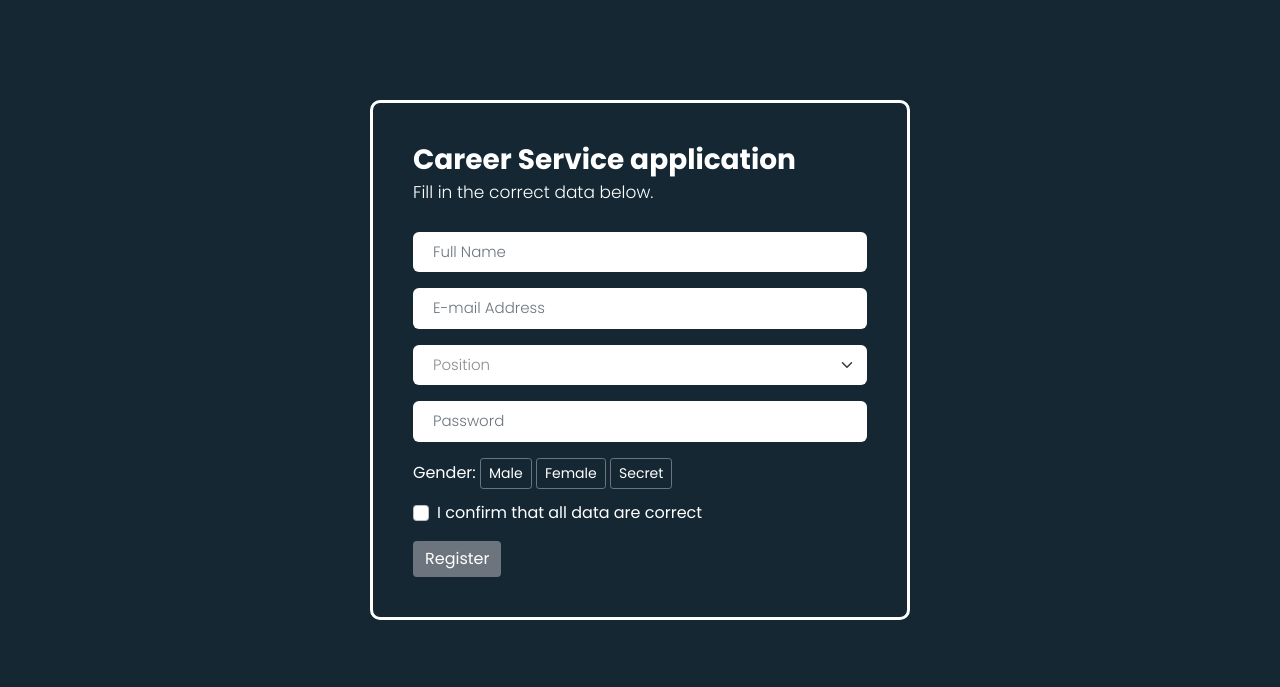
Repository: Samkiroko/form-assignment
Page: index.html
The author's editor kept a copy of each file at every save. The page is drawn from the files as they stood at one save, then again after the next save.
The browser window is 1280 px wide. The pictures show the whole page.

Above is the page before, as saved 2022-12-03 18:25:14.

After the next save:
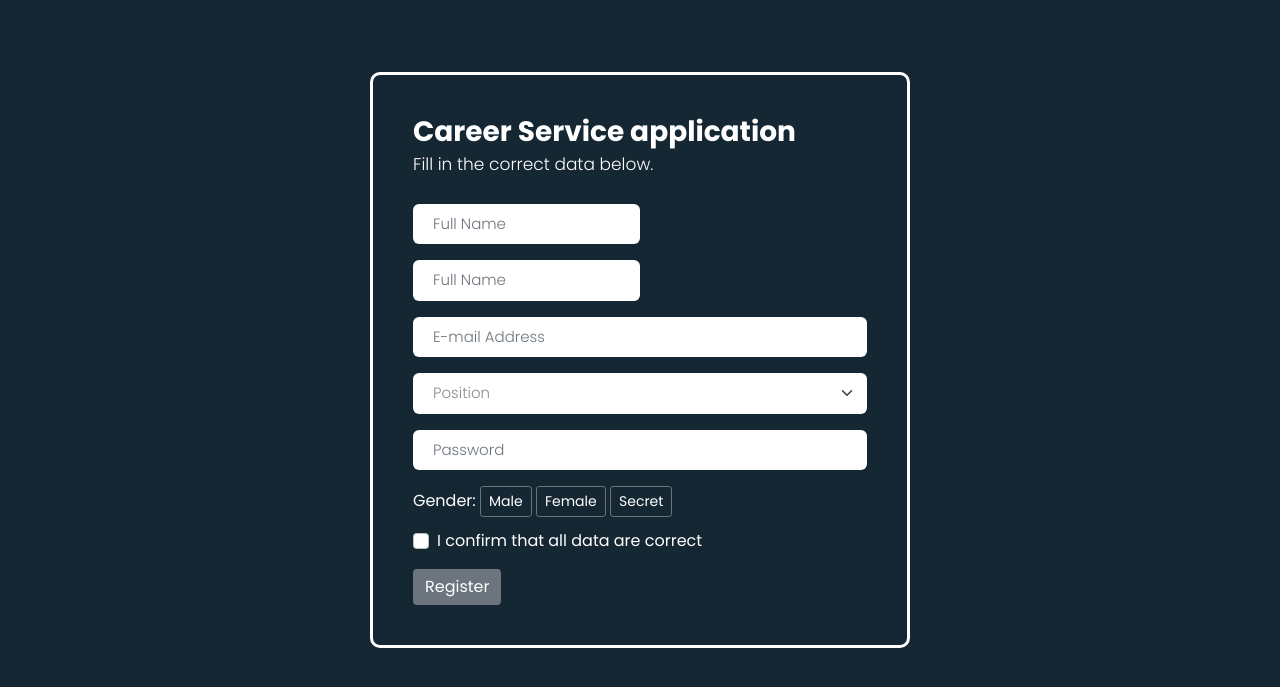
Saved 47 s later.
--- a/index.html
+++ b/index.html
@@ -17,7 +17,12 @@
                         <p>Fill in the correct data below.</p>
                         <form class="requires-validation" novalidate>
 
-                            <div class="col-md-12">
+                            <div class="col-md-6">
+                               <input class="form-control" type="text" name="name" placeholder="Full Name" required>
+                               <div class="valid-feedback">Username field is valid!</div>
+                               <div class="invalid-feedback">Username field cannot be blank!</div>
+                            </div>
+                            <div class="col-md-6">
                                <input class="form-control" type="text" name="name" placeholder="Full Name" required>
                                <div class="valid-feedback">Username field is valid!</div>
                                <div class="invalid-feedback">Username field cannot be blank!</div>
